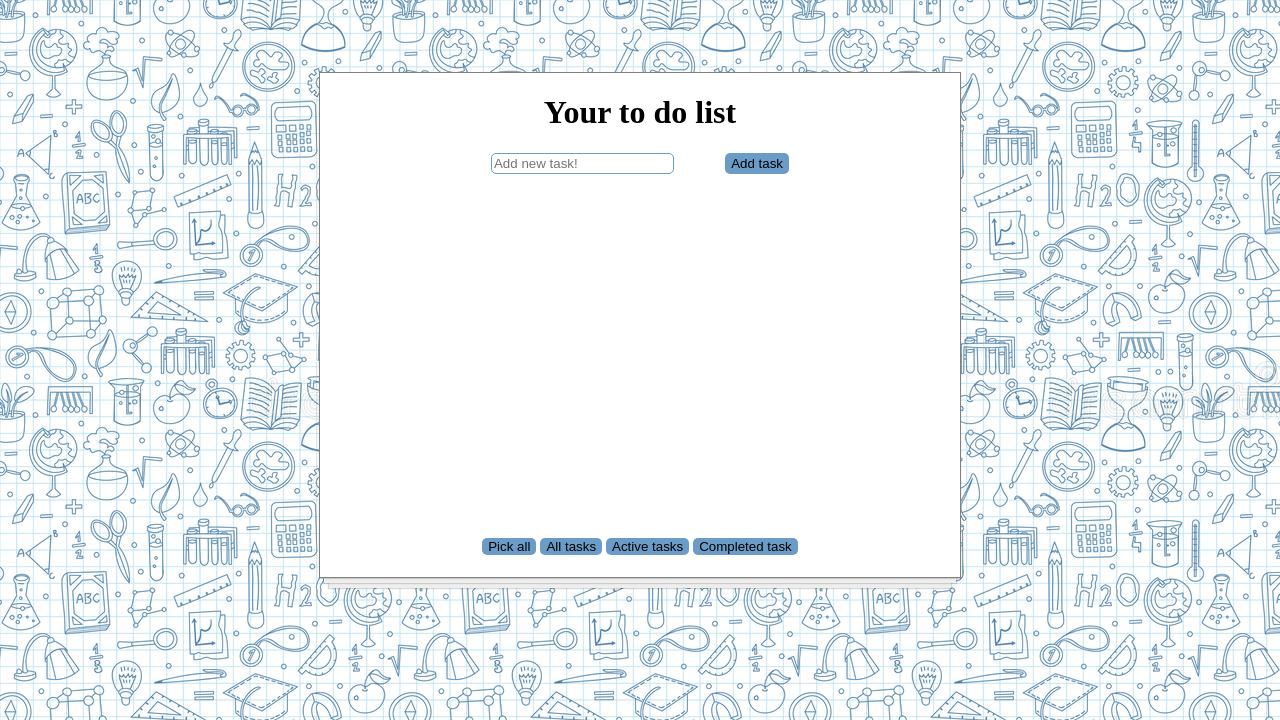
Repository: FetterDev/to-do-v2
Page: index.html
These files come from the project's save history. The page is drawn as it stood at one moment and after the next save; the edit follows.
The browser window is 1280 px wide. The pictures show the whole page.

Above is the page before, as saved 2020-07-20 15:23:30.

### index.html
<!DOCTYPE html>
<html lang="en">
<head>
    <meta charset="UTF-8">
    <meta name="viewport" content="width=device-width, initial-scale=1.0">
    <title>to do list</title>
    <link rel="stylesheet" href="style.css">
</head>
<body>
    <div>
        <div class=" wrapper paper">
               <h1> Your to do list</h1>
               <div class="add-task-panel">
                   <input type="text" class="text-holder" placeholder="Add new task!">
                   <input type="button" class="button" value="Add task">
               </div>
                <div class="bottom-button">
                    <input type="button" class="button" value="Pick all">
                    <input type="button" class="button" value="All tasks">
                    <input type="button" class="button" value="Active tasks">
                    <input type="button" class="button"value="Completed task">

                </div>
           </div>
        </div>
    </div>
</body>
</html>

### style.css
body{
    padding: 0;
    margin: 0;
    background-image: url(img/back.jpg)
}
h1{
    padding: 0;

}
.wrapper{
    position: relative;
    display: flex;
    flex-direction: column;
    align-items: center;
    margin: auto;
    margin-top: 10vh;
    max-width: 50vw;
    min-height: 70vh;
    border: 1px solid grey;

}
.paper {
    background: #fff;
    box-shadow:
      0 1px 1px rgba(0,0,0,0.15),

      0 10px 0 -5px #eee,

      0 10px 1px -4px rgba(0,0,0,0.15),

      0 20px 0 -10px #eee,

      0 20px 1px -9px rgba(0,0,0,0.15);


  }
  .add-task-panel{
      justify-content: left;
      display: flex;
      align-self: center;
      height: 3vh;

  }
  .pick-all{

  }
  .text-holder{
    border: 0.5px solid ;
    border-radius: 5px;
    border-color:rgb(107,156,200) ;
    margin-right: 4vw;

  }
  .button{
      border-radius: 5px;
      border: none;
      background-color: rgba(107,156,200);
  }
  .bottom-button{
      position: absolute;
      bottom: 3vh;
  }

After the next save:
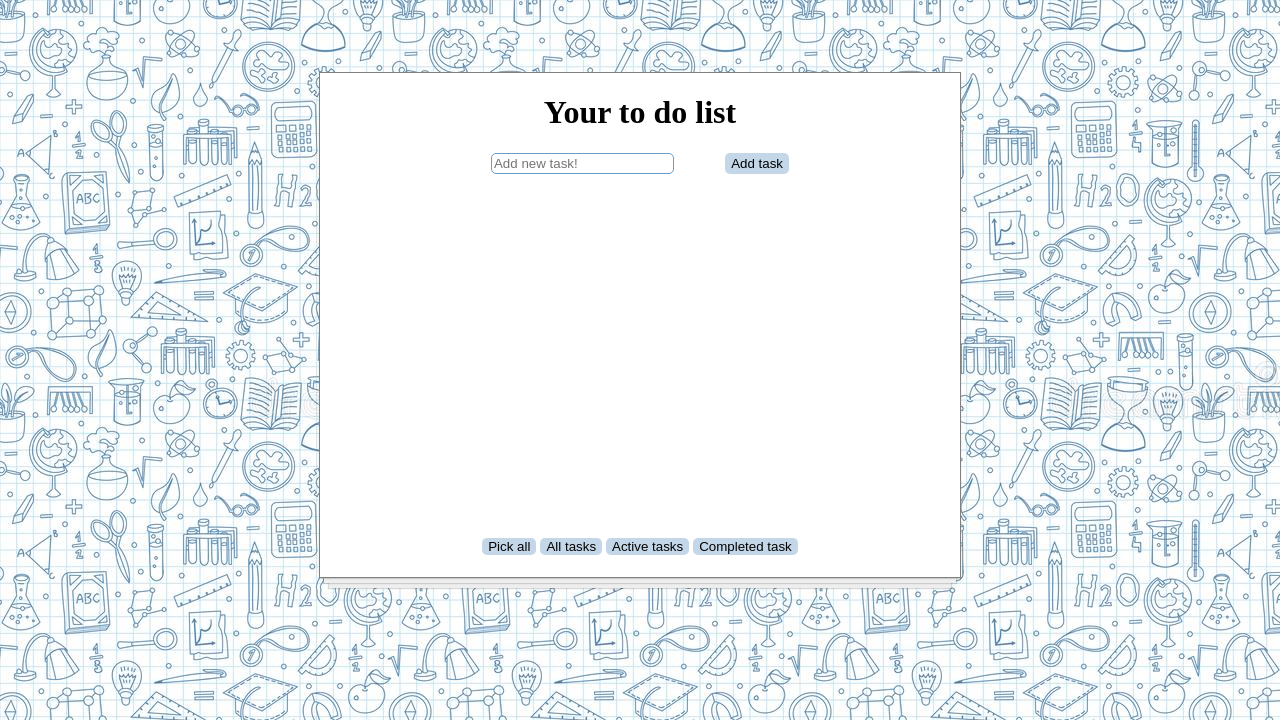
Saved 4 s later.
--- a/style.css
+++ b/style.css
@@ -54,7 +54,7 @@ h1{
   .button{
       border-radius: 5px;
       border: none;
-      background-color: rgba(107,156,200);
+      background-color: rgba(107,156,200,0.4);
   }
   .bottom-button{
       position: absolute;
